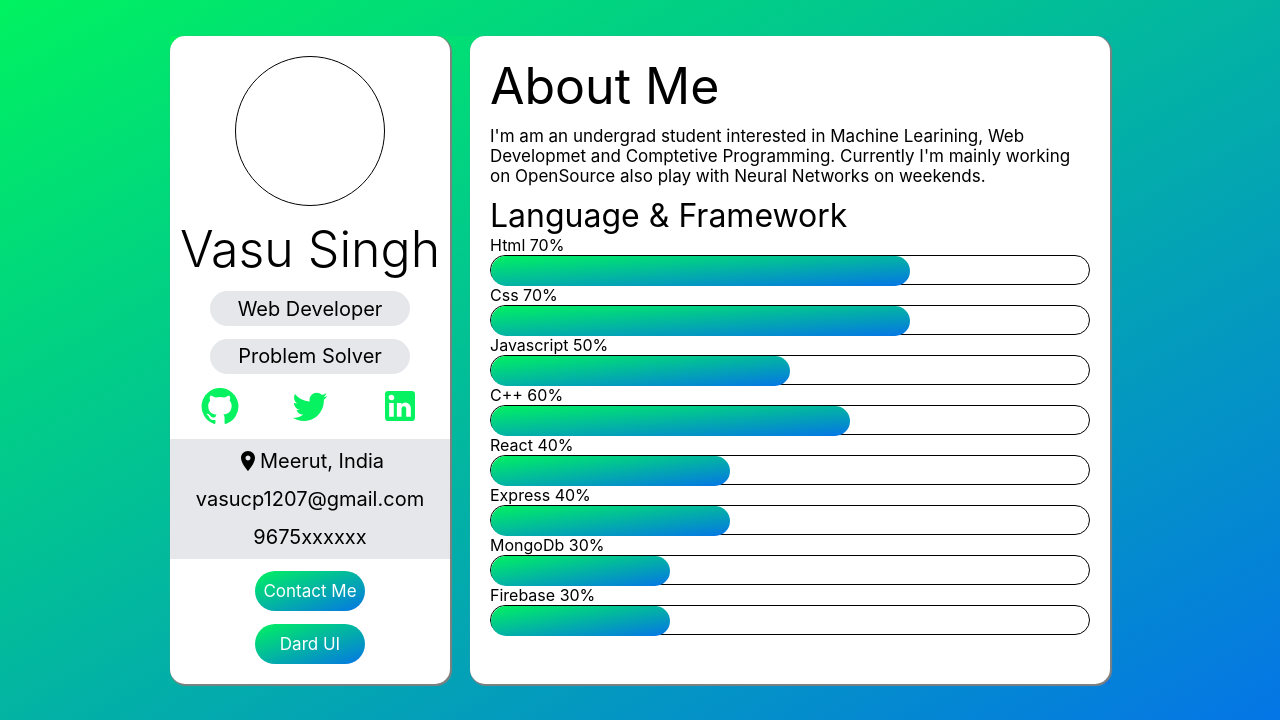
Repository: vasucp1207/grid-port
Page: /about
These files come from the project's save history. The page is drawn as it stood at one moment and after a run of saves; the edit follows.
The browser window is 1280 px wide. The pictures show the whole page.
Some web fonts or font styles are not loaded; a fallback is used. The project was rebuilt for these pictures with package versions that can differ from the ones it lists, and the page was loaded fresh each time. Also part of the build but not shown: src/pages/Home.js, src/pages/Projects.js.

Above is the page before, as saved 2022-08-17 01:49:02.

### public/index.html
<!DOCTYPE html>
<html lang="en">
  <head>
    <meta charset="utf-8" />
    <link rel="icon" href="%PUBLIC_URL%/favicon.ico" />
    <meta name="viewport" content="width=device-width, initial-scale=1" />
    <meta name="theme-color" content="#000000" />
    <meta
      name="description"
      content="Web site created using create-react-app"
    />
    <link rel="apple-touch-icon" href="%PUBLIC_URL%/logo192.png" />
    <!--
      manifest.json provides metadata used when your web app is installed on a
      user's mobile device or desktop. See https://developers.google.com/web/fundamentals/web-app-manifest/
    -->
    <link rel="manifest" href="%PUBLIC_URL%/manifest.json" />
    <link rel="preconnect" href="https://fonts.googleapis.com">
<link rel="preconnect" href="https://fonts.gstatic.com" crossorigin>
<link href="https://fonts.googleapis.com/css2?family=Kantumruy+Pro:wght@200;300&family=Open+Sans:ital,wght@0,300;0,600;0,700;1,800&family=Poppins:wght@400;600&family=Raleway:wght@300&family=Roboto+Flex:opsz,wght@8..144,300;8..144,400;8..144,500&display=swap" rel="stylesheet">
    <!--
      Notice the use of %PUBLIC_URL% in the tags above.
      It will be replaced with the URL of the `public` folder during the build.
      Only files inside the `public` folder can be referenced from the HTML.

      Unlike "/favicon.ico" or "favicon.ico", "%PUBLIC_URL%/favicon.ico" will
      work correctly both with client-side routing and a non-root public URL.
      Learn how to configure a non-root public URL by running `npm run build`.
    -->
    <title>React App</title>
  </head>
  <body>
    <noscript>You need to enable JavaScript to run this app.</noscript>
    <div id="root"></div>
    <!--
      This HTML file is a template.
      If you open it directly in the browser, you will see an empty page.

      You can add webfonts, meta tags, or analytics to this file.
      The build step will place the bundled scripts into the <body> tag.

      To begin the development, run `npm start` or `yarn start`.
      To create a production bundle, use `npm run build` or `yarn build`.
    -->
  </body>
</html>

### src/index.css
body {
  margin: 0;
  font-family: -apple-system, BlinkMacSystemFont, 'Segoe UI', 'Roboto', 'Oxygen',
    'Ubuntu', 'Cantarell', 'Fira Sans', 'Droid Sans', 'Helvetica Neue',
    sans-serif;
  -webkit-font-smoothing: antialiased;
  -moz-osx-font-smoothing: grayscale;

  --gray: rgb(205, 195, 195);
  background-image: linear-gradient(to right bottom,#00f260,#0575e6);
}

::selection{
  background: rgb(71, 219, 106);
}

### src/App.js
import './App.css';
import { Link, Route, Routes } from 'react-router-dom';
import AboutMe from './pages/AboutMe';
import Home from './pages/Home';
import Projects from './pages/Projects';

function App() {
  return (
    <div>
      <Routes>
        <Route exact path="/" element={<Home />} />
        <Route exact path="/about" element={<AboutMe />} />
        <Route exact path="/projects" element={<Projects />} />
      </Routes>
    </div>
  );
}

export default App;

### src/App.css
:root {
  --d: 700ms;
  --e: cubic-bezier(0.19, 1, 0.22, 1);
  --font-sans: "Rubik", sans-serif;
  --font-serif: "Cardo", serif;
  font-family: Poppins;
}

* {
  box-sizing: border-box;
  padding: 0;
  margin: 0;
}

html, body {
  height: 100vh;
  width: 100vw;
}

body {
  display: grid;
  place-items: center;
}

.page-content {
  display: grid;
  width: 100vw;
  height: 100vh;
  margin: 0 auto;
}
@media (min-width: 600px) {
  .page-content {
    grid-template-columns: repeat(2, 1fr);
  }
}
@media (min-width: 800px) {
  .page-content {
    grid-template-columns: repeat(2, 1fr);
  }
}

.card {
  position: relative;
  display: flex;
  align-items: flex-end;
  overflow: hidden;
  padding: 1rem;
  width: 100%;
  text-align: center;
  color: whitesmoke;
  background-color: whitesmoke;
  box-shadow: 0 1px 1px rgba(0, 0, 0, 0.1), 0 2px 2px rgba(0, 0, 0, 0.1), 0 4px 4px rgba(0, 0, 0, 0.1), 0 8px 8px rgba(0, 0, 0, 0.1), 0 16px 16px rgba(0, 0, 0, 0.1);
}
@media (min-width: 600px) {
  .card {
    height: 100vh;
  }
}
.card:before {
  content: "";
  position: absolute;
  top: 0;
  left: 0;
  width: 100%;
  height: 110%;
  background-size: cover;
  background-position: 0 0;
  transition: transform calc(var(--d) * 1.5) var(--e);
  pointer-events: none;
}
.card:after {
  content: "";
  display: block;
  position: absolute;
  top: 0;
  left: 0;
  width: 100%;
  height: 200%;
  pointer-events: none;
  background-image: linear-gradient(to bottom, rgba(0, 0, 0, 0) 0%, rgba(0, 0, 0, 0.009) 11.7%, rgba(0, 0, 0, 0.034) 22.1%, rgba(0, 0, 0, 0.072) 31.2%, rgba(0, 0, 0, 0.123) 39.4%, rgba(0, 0, 0, 0.182) 46.6%, rgba(0, 0, 0, 0.249) 53.1%, rgba(0, 0, 0, 0.32) 58.9%, rgba(0, 0, 0, 0.394) 64.3%, rgba(0, 0, 0, 0.468) 69.3%, rgba(0, 0, 0, 0.54) 74.1%, rgba(0, 0, 0, 0.607) 78.8%, rgba(0, 0, 0, 0.668) 83.6%, rgba(0, 0, 0, 0.721) 88.7%, rgba(0, 0, 0, 0.762) 94.1%, rgba(0, 0, 0, 0.79) 100%);
  transform: translateY(-50%);
  transition: transform calc(var(--d) * 2) var(--e);
}
.card:nth-child(1):before {
  background-image: url(https://images.unsplash.com/photo-1493612276216-ee3925520721?ixlib=rb-1.2.1&ixid=MnwxMjA3fDB8MHxwaG90by1wYWdlfHx8fGVufDB8fHx8&auto=format&fit=crop&w=2864&q=80);
}
.card:nth-child(2):before {
  background-image: url(https://images.unsplash.com/photo-1492551557933-34265f7af79e?ixlib=rb-1.2.1&ixid=MnwxMjA3fDB8MHxwaG90by1wYWdlfHx8fGVufDB8fHx8&auto=format&fit=crop&w=1740&q=80);
}
.card:nth-child(3):before {
  background-image: url(https://images.unsplash.com/photo-1545243424-0ce743321e11?ixlib=rb-1.2.1&q=80&fm=jpg&crop=entropy&cs=tinysrgb&w=400&fit=max&ixid=eyJhcHBfaWQiOjE0NTg5fQ);
}
.card:nth-child(4):before {
  background-image: url(https://images.unsplash.com/photo-1531306728370-e2ebd9d7bb99?ixlib=rb-1.2.1&q=80&fm=jpg&crop=entropy&cs=tinysrgb&w=400&fit=max&ixid=eyJhcHBfaWQiOjE0NTg5fQ);
}

.content {
  position: relative;
  display: flex;
  flex-direction: column;
  align-items: center;
  width: 100%;
  padding: 1rem;
  transition: transform var(--d) var(--e);
  z-index: 1;
}
.content > * + * {
  margin-top: 1rem;
}

.title {
  font-size: 50px;
  font-weight: 400;
}

.copy {
  font-size: 30px;
}

.btn {
  cursor: pointer;
  margin-top: 1.5rem;
  padding: 0.75rem 1.5rem;
  font-size: 20px;
  letter-spacing: 0.025rem;
  text-transform: uppercase;
  color: white;
  background-color: black;
  border: none;
}
.btn:hover {
  background-color: white;
  color: black;
  transition: 0.3;
  border-radius: 7px;
}
.btn:focus {
  outline: 1px dashed yellow;
  outline-offset: 3px;
}

@media (hover: hover) and (min-width: 600px) {
  .card:after {
    transform: translateY(0);
  }

  .content {
    transform: translateY(calc(100% - 4.5rem));
  }
  .content > *:not(.title) {
    opacity: 0;
    transform: translateY(1rem);
    transition: transform var(--d) var(--e), opacity var(--d) var(--e);
  }

  .card:hover,
.card:focus-within {
    align-items: center;
  }
  .card:hover:before,
.card:focus-within:before {
    transform: translateY(-4%);
  }
  .card:hover:after,
.card:focus-within:after {
    transform: translateY(-50%);
  }
  .card:hover .content,
.card:focus-within .content {
    transform: translateY(0);
  }
  .card:hover .content > *:not(.title),
.card:focus-within .content > *:not(.title) {
    opacity: 1;
    transform: translateY(0);
    transition-delay: calc(var(--d) / 8);
  }

  .card:focus-within:before, .card:focus-within:after,
.card:focus-within .content,
.card:focus-within .content > *:not(.title) {
    transition-duration: 0s;
  }
}

### src/pages/AboutMe.js
import React from 'react'
import { motion } from 'framer-motion'
import styled from 'styled-components'
import GitHubIcon from '@mui/icons-material/GitHub';
import TwitterIcon from '@mui/icons-material/Twitter';
import LinkedInIcon from '@mui/icons-material/LinkedIn';
import LocationOnIcon from '@mui/icons-material/LocationOn';
import ProgressBar from '../components/ProgressBar';

function AboutMe() {

    const pageVarients = {
        initial: {
            opacity: 0
        },
        in: {
            opacity: 1
        },
        out: {
            opacity: 0
        }
    }

    return (
        <motion.div
            initial='initial'
            animate='in'
            exit='out'
            variants={pageVarients}
            transition={{ delay: 0.5, type: 'spring' }}
        >

            <Container>
                <Comp>
                    <Left>
                        <div class='avatar'></div>
                        <h1 class='name'>Vasu Singh</h1>
                        <div class='sim-btn'>Web Developer</div>
                        <div class='sim-btn'>Problem Solver</div>
                        <div class='icon-cont'>
                            <GitHubIcon className='icons' />
                            <TwitterIcon className='icons' />
                            <LinkedInIcon className='icons' />
                        </div>
                        <div class='address'>
                            <p class='city'><LocationOnIcon /> Meerut, India</p>
                            <p>vasucp1207@gmail.com</p>
                            <p>9675xxxxxx</p>
                        </div>
                        <div class='gb-btn'>Contact Me</div>
                        <div class='gb-btn'>Dard UI</div>
                    </Left>
                    <Right>
                        <h1 class='title'>About Me</h1>
                        <p class='des'>I'm am an undergrad student interested in Machine Learining, Web Developmet and Comptetive Programming. Currently I'm mainly working on OpenSource also play with Neural Networks on weekends.</p>
                        <h1 class='skills'>Language & Framework</h1>

                        <ProgressBar lang='Html' per='70%'/>
                        <ProgressBar lang='Css' per='70%'/>
                        <ProgressBar lang='Javascript' per='50%'/>
                        <ProgressBar lang='C++' per='60%'/>
                        <ProgressBar lang='React' per='40%'/>
                        <ProgressBar lang='Express' per='40%'/>
                        <ProgressBar lang='MongoDb' per='30%'/>
                        <ProgressBar lang='Firebase' per='30%'/>

                    </Right>
                </Comp>

            </Container>
        </motion.div>
    )
}

export default AboutMe

const Container = styled.div`
    background: white;
`

const Comp = styled.div`
    display: flex;
    gap: 20px;
    background-image: linear-gradient(to right bottom,#00f260,#0575e6);
`

const Left = styled.div`
    height: 90vh;
    width: 280px;
    box-shadow: 1px 1px 1px 1px gray;
    display: flex;
    justify-content: space-between;
    align-items: center;
    flex-direction: column;
    padding-bottom: 20px;
    background: white;
    border-radius: 15px;

    .avatar{
        margin-top: 20px;
        height: 150px;
        border: 1px solid black;
        width: 150px;
        border-radius: 50%;
    }

    .name{
        font-size: 50px;
        font-weight: 300;
    }

    .sim-btn{
        font-size: 20px;
        background: rgb(229,231,235);
        width: 200px;
        height: 35px;
        border-radius: 9999px;
        display: flex;
        justify-content: center;
        align-items: center;
    }

    .icon-cont{
        width: 280px;
        padding-left: 30px;
        padding-right: 30px;
        display: flex;
        justify-content: space-between;
        align-items: center;
    }

    .icons{
        height: 40px;
        width: 40px;
        color: #07f260;
        cursor: pointer;

        :hover{
            color: black;
        }
    }

    .address{
        background: rgb(229,231,235);;
        font-size: 20px;
        display: flex;
        flex-direction: column;
        align-items: center;
        justify-content: space-between;
        width: 280px;
        height: 120px;
        padding: 10px;
    }

    .gb-btn{
        width: 110px;
        border-radius: 9999px;
        background-image: linear-gradient(to right bottom,#00f260,#0575e6);
        color: white;
        font-size: 17px;
        height: 40px;
        display: flex;
        justify-content: center;
        align-items: center;
        cursor: pointer;
    }

    .city{
        display: flex;
        justify-content: center;
        align-items: center;
    }
`

const Right = styled.div`
    height: 90vh;
    width: 50vw;
    box-shadow: 1px 1px 1px 1px gray;
    background: white;
    border-radius: 15px;
    padding: 20px;

    .title{
        font-weight: 400;
        margin-bottom: 10px;
    }

    .des{
        font-size: 17px;
        margin-bottom: 10px;
    }

    .skills{
        font-weight: 400;
    }
`

### src/components/ProgressBar.js
import React from 'react'
import styled from 'styled-components'
import { keyframes } from 'styled-components';
import { motion } from 'framer-motion'

function ProgressBar({lang, per}) {
    return (
        <Contanier>
            <div class='detail'>
                <div class='lang'><span>{lang} </span><span>{per}</span></div>
                <div class='bar'>
                    <motion.div className='fill'
                        animate={{width: per}}
                        transition={{duration: 2}}
                    >
                    </motion.div>
                </div>
            </div>
        </Contanier>
    )
}

export default ProgressBar

const Contanier = styled.div`
     .bar{
        width: 100%;
        height: 30px;
        border-radius: 9999px;
        border: 1px solid black;
        back
    }

    .fill{
        width: 0;
        border-radius: 9999px;
        height: 30px;
        background-image: linear-gradient(to right bottom,#00f260,#0575e6);
    }
`

Loaded but not shown: src/index.js (common file)

After the next 2 saves:
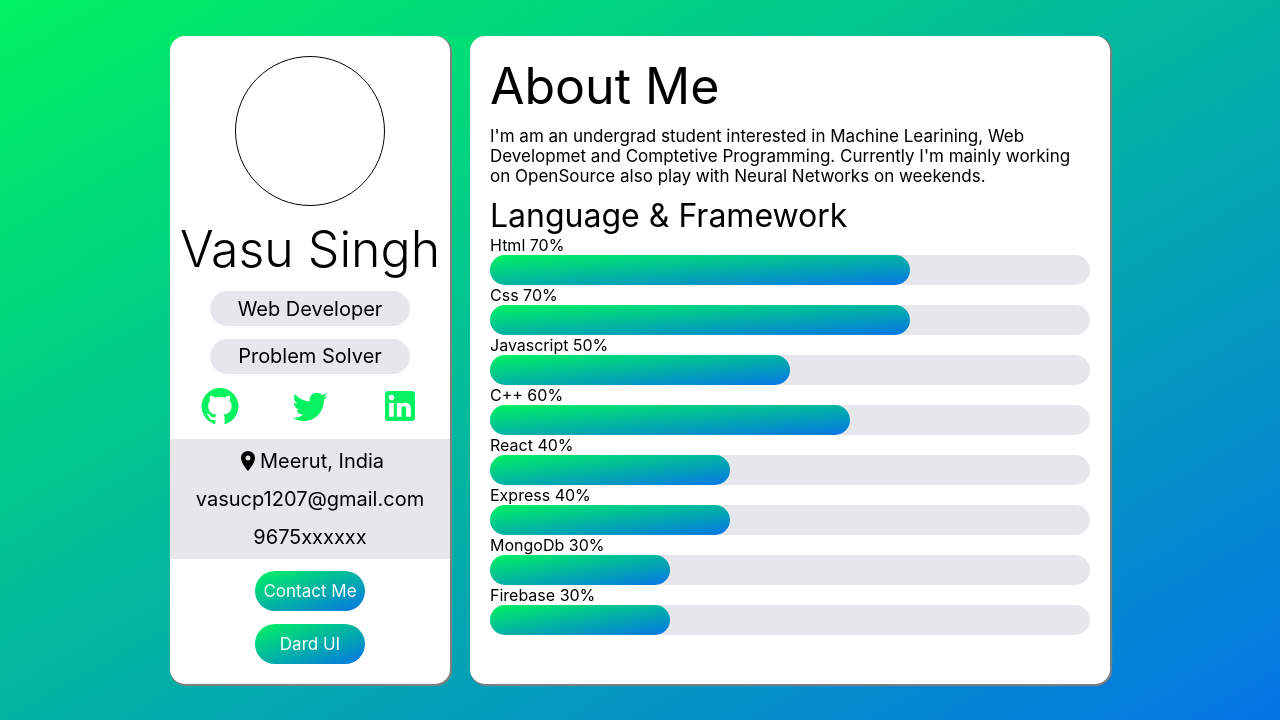
The 2 saves are shown as one change because they came seconds apart.
The last was saved 6 s later.
--- a/src/components/ProgressBar.js
+++ b/src/components/ProgressBar.js
@@ -27,8 +27,7 @@ const Contanier = styled.div`
         width: 100%;
         height: 30px;
         border-radius: 9999px;
-        border: 1px solid black;
-        back
+        background: rgb(229,231,235);
     }
 
     .fill{
